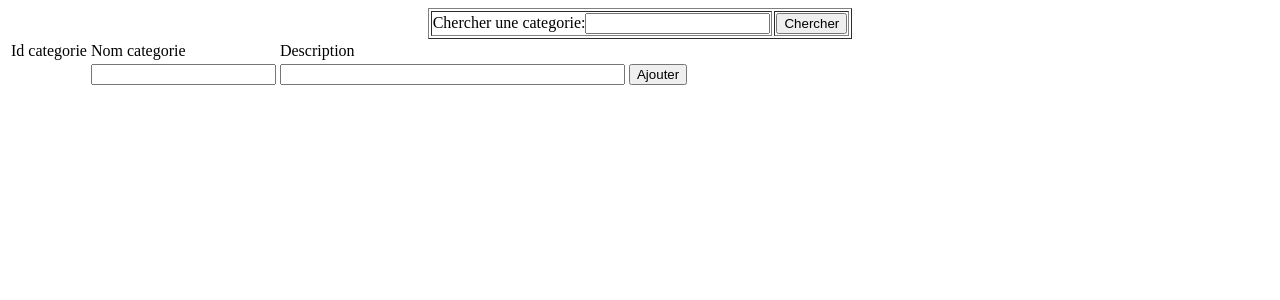
Repository: AYOUB-ELYOUSSOUFI/AllProject
Page: http://localhost/projectMVC/admin_catalogue.jsp
The author's editor kept a copy of each file at every save. The page is drawn from the files as they stood at one save, then again after the next save.
The browser window is 1280 px wide. The pictures show the whole page.
The page is served by Tomcat 9.

Above is the page before, as saved 2021-11-30 09:53:27.

After the next save:
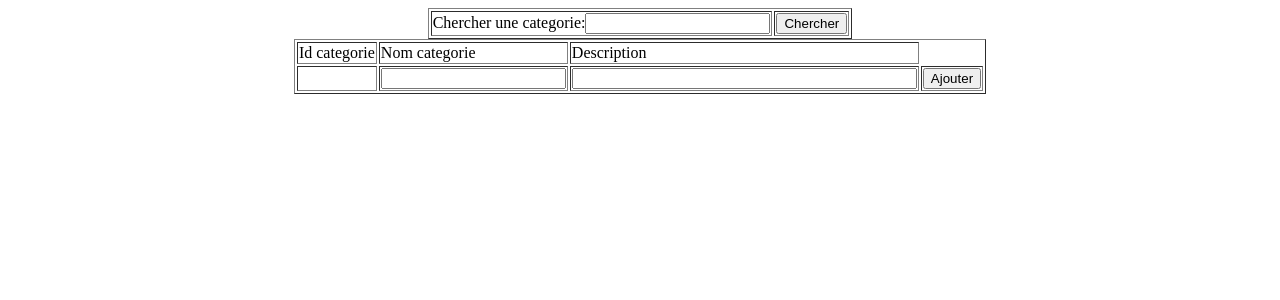
Saved 10 min 26 s later.
--- a/projectMVC/src/main/webapp/admin_catalogue.jsp
+++ b/projectMVC/src/main/webapp/admin_catalogue.jsp
@@ -23,7 +23,7 @@
 		</table>
 	</form>
 	<form action="catalogue" method="post">
-		<table>
+		<table border="1" align="center">
 			<tr>
 				<td>Id categorie</td>
 				<td>Nom categorie</td>
